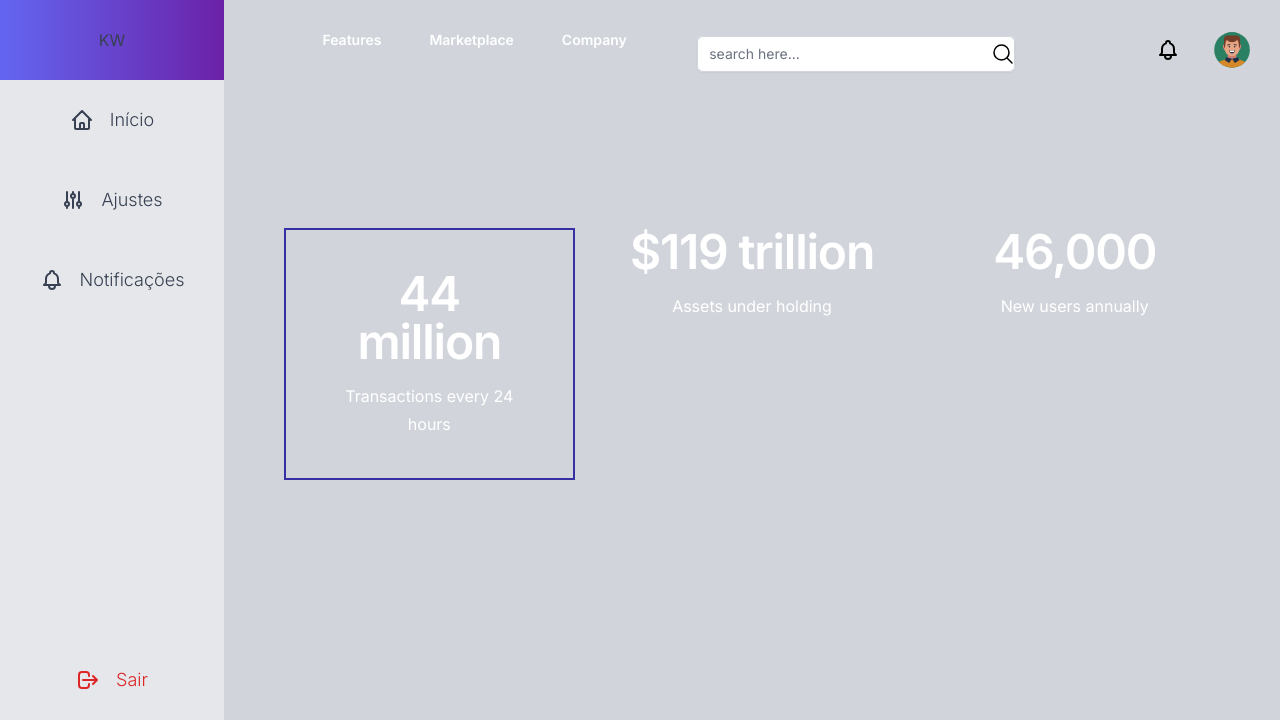
Repository: KennedyWanderson/AdminDashboard
Page: / (app in Code/admindashboard/)
These files come from the project's save history. The page is drawn as it stood at one moment and after a run of saves; the edit follows.
The browser window is 1280 px wide. The pictures show the whole page.
The project was rebuilt for these pictures with package versions that can differ from the ones it lists, and the page was loaded fresh each time. The framework's server and built-in components were replaced by stand-ins that run in the browser. Also part of the build but not shown: Code/admindashboard/next.config.mjs.

Above is the page before, as saved 2024-06-23 15:35:09.

### Code/admindashboard/src/app/layout.js
import { Inter } from "next/font/google";
import "./globals.css";

const inter = Inter({ subsets: ["latin"] });

export const metadata = {
  title: "Admin Dashboard",
  description: "Generated by Kennedy Wanderson",
};

export default function RootLayout({ children }) {
  return (
    <html lang="en">
      <body className={inter.className}>{children}</body>
    </html>
  );
}

### Code/admindashboard/src/app/page.js
import Layout from "@/components/Layout";

export default function Home() {
  return (
    <Layout>
      Content
    </Layout>
  )
}

### Code/admindashboard/src/components/Layout.jsx
"use client";

import { useState } from "react";
import Content from "./Content";
import Header from "./Header";
import LateralMenu from "./LateralMenu";
import HomePage from "./Home";


export default function Layout() {
    const [activeComponent, setActiveComponent] = useState("HomePage");

    const renderActiveComponent = () => {
        switch (activeComponent) {
            case "HomePage":
                return <HomePage />;
            default:
                return <HomePage />;
        }
    };

    return (
        <div className={`flex h-screen w-screen`}>
            <LateralMenu setActiveComponent={setActiveComponent} />
            <div className={`
                flex flex-col w-full p-7
                bg-gray-300 dark:bg-gray-800
            `}>
                <Header />
                <Content>
                    {renderActiveComponent()}
                </Content>
            </div>
        </div>
    );
}

### Code/admindashboard/src/components/Content.jsx
export default function Content({ children }) {
    return (
        <div className={`
            flex flex-col mt-7
            dark:text-gray-200
        `}>
            {children}
        </div>
    );
}

### Code/admindashboard/src/components/Header.jsx
import AvatarUsuario from "./UserAvatar";
import { IconeSearch, IconeSino } from "./icons";

export default function Header({ titulo, subtitulo }) {


    return (
        <div className={`flex`}>
            <div>
                <h1 className={`
                font-black text-3xl
                text-gray-900 dark:text-gray-100
            `}>
                    {titulo}
                </h1>
                <h2 className={`
                font-light text-sm
                dark:text-gray-300
            `}>
                    {subtitulo}
                </h2>
            </div>
            <header className="flex flex-grow justify-center text-white">
                <nav className=" justify-center" aria-label="Global">

                    <div className="hidden lg:flex lg:gap-x-12">

                        <a href="#" className="text-sm font-semibold leading-6 text-white">Features</a>
                        <a href="#" className="text-sm font-semibold leading-6 text-white">Marketplace</a>
                        <a href="#" className="text-sm font-semibold leading-6 text-white">Company</a>
                    </div>


                </nav>

            </header>
            <div>
                <div className="relative mt-2 rounded-md shadow-sm">
                    <div className="pointer-events-none absolute inset-y-0 left-0 flex items-center pl-3">
                        <span className="text-gray-500 sm:text-sm">search here...</span>
                    </div>
                    <input type="text" name="search" id="search" className="block w-full rounded-md border-0 py-1.5 pl-7 pr-20 text-gray-900 ring-1 ring-inset ring-gray-300 placeholder:text-gray-400 focus:ring-2 focus:ring-inset focus:ring-indigo-600 sm:text-sm sm:leading-6" />
                    <div className="absolute inset-y-0 right-0 flex items-center">
                        {IconeSearch}
                    </div>
                </div>
            </div>

            <div className={`flex flex-grow justify-end items-center gap-8`}>

                {IconeSino}
                <AvatarUsuario />
            </div>
        </div>
    )
}

### Code/admindashboard/src/components/LateralMenu.jsx
"use client";

import MenuItem from "./ItemMenu";
import { IconeAjustes, IconeCasa, IconeSair, IconeSino } from "./icons";

export default function LateralMenu({ setActiveComponent }) {
    return (
        <aside className={`
            flex flex-col items-center
            bg-gray-200 text-gray-700
            dark:bg-gray-900
        `}>
            <div className={`
                flex flex-col items-center justify-center
                bg-gradient-to-r from-indigo-500 to-purple-800
                h-20 w-56
            `}>
                KW
            </div>
            <ul className="flex-grow">
                <MenuItem
                    texto="Início"
                    icone={IconeCasa}
                    onClick={() => setActiveComponent('HomePage')}
                />
                <MenuItem
                    texto="Ajustes"
                    icone={IconeAjustes}
                    onClick={() => setActiveComponent('Ajustes')}
                />
                <MenuItem
                    texto="Notificações"
                    icone={IconeSino}
                    onClick={() => setActiveComponent('Notificacoes')}
                />
            </ul>
            <ul>
                <MenuItem
                    texto="Sair"
                    icone={IconeSair}
                    className={`
                        text-red-600 dark:text-red-400
                        hover:bg-red-400 hover:text-white
                        dark:hover:text-white
                    `}
                />
            </ul>
        </aside>
    );
}

### Code/admindashboard/src/components/Home.jsx


export default function HomePage() {
    return (
        <div class=" py-24 sm:py-32">
            <div class="mx-auto max-w-7xl px-6 lg:px-8">
                <dl class="grid grid-cols-1 gap-x-8 gap-y-16 text-center lg:grid-cols-3">
                    <div class="mx-auto flex max-w-xs flex-col border-2 p-10 border-indigo-800 gap-y-4">
                        <dt class="text-base leading-7 text-white">Transactions every 24 hours</dt>
                        <dd class="order-first text-3xl font-semibold tracking-tight text-white sm:text-5xl">44 million</dd>
                    </div>
                    <div class="mx-auto flex max-w-xs flex-col gap-y-4">
                        <dt class="text-base leading-7 text-white">Assets under holding</dt>
                        <dd class="order-first text-3xl font-semibold tracking-tight text-white sm:text-5xl">$119 trillion</dd>
                    </div>
                    <div class="mx-auto flex max-w-xs flex-col gap-y-4">
                        <dt class="text-base leading-7 text-white">New users annually</dt>
                        <dd class="order-first text-3xl font-semibold tracking-tight text-white sm:text-5xl">46,000</dd>
                    </div>
                </dl>
            </div>
        </div>
    )
}

### Code/admindashboard/src/components/UserAvatar.jsx


export default function AvatarUsuario({className}) {
    return (
            <img
                src={'/images/avatar.svg'}
                alt="Avatar do Usuário"
                className={`
                    h-10 w-10 rounded-full cursor-pointer
                    ${className}
                `}
            />

    )
}

### Code/admindashboard/src/components/icons/index.jsx
// Pra mais icones acessar... https://heroicons.com/

export const IconeSearch = (
    <svg xmlns="http://www.w3.org/2000/svg" fill="none" viewBox="0 0 24 24" strokeWidth={1.5} stroke="currentColor" className="size-6">
  <path strokeLinecap="round" strokeLinejoin="round" d="m21 21-5.197-5.197m0 0A7.5 7.5 0 1 0 5.196 5.196a7.5 7.5 0 0 0 10.607 10.607Z" />
</svg>


)

export const IconeCasa = (
    <svg xmlns="http://www.w3.org/2000/svg" className="h-6 w-6" fill="none" viewBox="0 0 24 24" stroke="currentColor">
        <path strokeLinecap="round" strokeLinejoin="round" strokeWidth={2} d="M3 12l2-2m0 0l7-7 7 7M5 10v10a1 1 0 001 1h3m10-11l2 2m-2-2v10a1 1 0 01-1 1h-3m-6 0a1 1 0 001-1v-4a1 1 0 011-1h2a1 1 0 011 1v4a1 1 0 001 1m-6 0h6" />
    </svg>
)

export const IconeAjustes = (
    <svg xmlns="http://www.w3.org/2000/svg" className="h-6 w-6" fill="none" viewBox="0 0 24 24" stroke="currentColor">
        <path strokeLinecap="round" strokeLinejoin="round" strokeWidth={2} d="M12 6V4m0 2a2 2 0 100 4m0-4a2 2 0 110 4m-6 8a2 2 0 100-4m0 4a2 2 0 110-4m0 4v2m0-6V4m6 6v10m6-2a2 2 0 100-4m0 4a2 2 0 110-4m0 4v2m0-6V4" />
    </svg>
)

export const IconeSino = (
    <svg xmlns="http://www.w3.org/2000/svg" className="h-6 w-6" fill="none" viewBox="0 0 24 24" stroke="currentColor">
        <path strokeLinecap="round" strokeLinejoin="round" strokeWidth={2} d="M15 17h5l-1.405-1.405A2.032 2.032 0 0118 14.158V11a6.002 6.002 0 00-4-5.659V5a2 2 0 10-4 0v.341C7.67 6.165 6 8.388 6 11v3.159c0 .538-.214 1.055-.595 1.436L4 17h5m6 0v1a3 3 0 11-6 0v-1m6 0H9" />
    </svg>
)

export const IconeSair = (
    <svg xmlns="http://www.w3.org/2000/svg" className="h-6 w-6" fill="none" viewBox="0 0 24 24" stroke="currentColor">
        <path strokeLinecap="round" strokeLinejoin="round" strokeWidth={2} d="M17 16l4-4m0 0l-4-4m4 4H7m6 4v1a3 3 0 01-3 3H6a3 3 0 01-3-3V7a3 3 0 013-3h4a3 3 0 013 3v1" />
    </svg>
)

export const IconeSol = (tamanho = 6) => (
    <svg xmlns="http://www.w3.org/2000/svg" className={`h-${tamanho} w-${tamanho}`} fill="none" viewBox="0 0 24 24" stroke="currentColor">
        <path strokeLinecap="round" strokeLinejoin="round" strokeWidth={2} d="M12 3v1m0 16v1m9-9h-1M4 12H3m15.364 6.364l-.707-.707M6.343 6.343l-.707-.707m12.728 0l-.707.707M6.343 17.657l-.707.707M16 12a4 4 0 11-8 0 4 4 0 018 0z" />
    </svg>
)

export const IconeLua = (tamanho = 6) => (
    <svg xmlns="http://www.w3.org/2000/svg" className={`h-${tamanho} w-${tamanho}`} fill="none" viewBox="0 0 24 24" stroke="currentColor">
        <path strokeLinecap="round" strokeLinejoin="round" strokeWidth={2} d="M20.354 15.354A9 9 0 018.646 3.646 9.003 9.003 0 0012 21a9.003 9.003 0 008.354-5.646z" />
    </svg>
)

export const IconeAtencao = (tamanho = 1) => (
    <svg xmlns="http://www.w3.org/2000/svg" className={`h-${tamanho} w-${tamanho}`} fill="none" viewBox="0 0 24 24" stroke="currentColor">
        <path strokeLinecap="round" strokeLinejoin="round" strokeWidth={2} d="M12 9v2m0 4h.01m-6.938 4h13.856c1.54 0 2.502-1.667 1.732-3L13.732 4c-.77-1.333-2.694-1.333-3.464 0L3.34 16c-.77 1.333.192 3 1.732 3z" />
    </svg>
)

### Code/admindashboard/src/components/ItemMenu.jsx

export default function MenuItem({ texto, icone, url, className, onClick }) {
    function renderizarLink() {
        return (
            <div className={`
                flex justify-center items-center
                h-20 w-56 gap-4
                dark:text-gray-200
                ${className}
            `}>
                {icone}
                <span className="text-lg font-light">
                    {texto}
                </span>
            </div>
        );
    }

    return (
        <li
            onClick={onClick}
            className={`
                hover:bg-gray-100 dark:hover:bg-gray-800
                cursor-pointer
            `}
        >
            {url ? (
                <a href={url}>
                    {renderizarLink()}
                </a>
            ) : (
                renderizarLink()
            )}
        </li>
    );
}

Loaded but not shown: Code/admindashboard/src/app/globals.css (common file); Code/admindashboard/tailwind.config.js (common file)

After the next 2 saves:
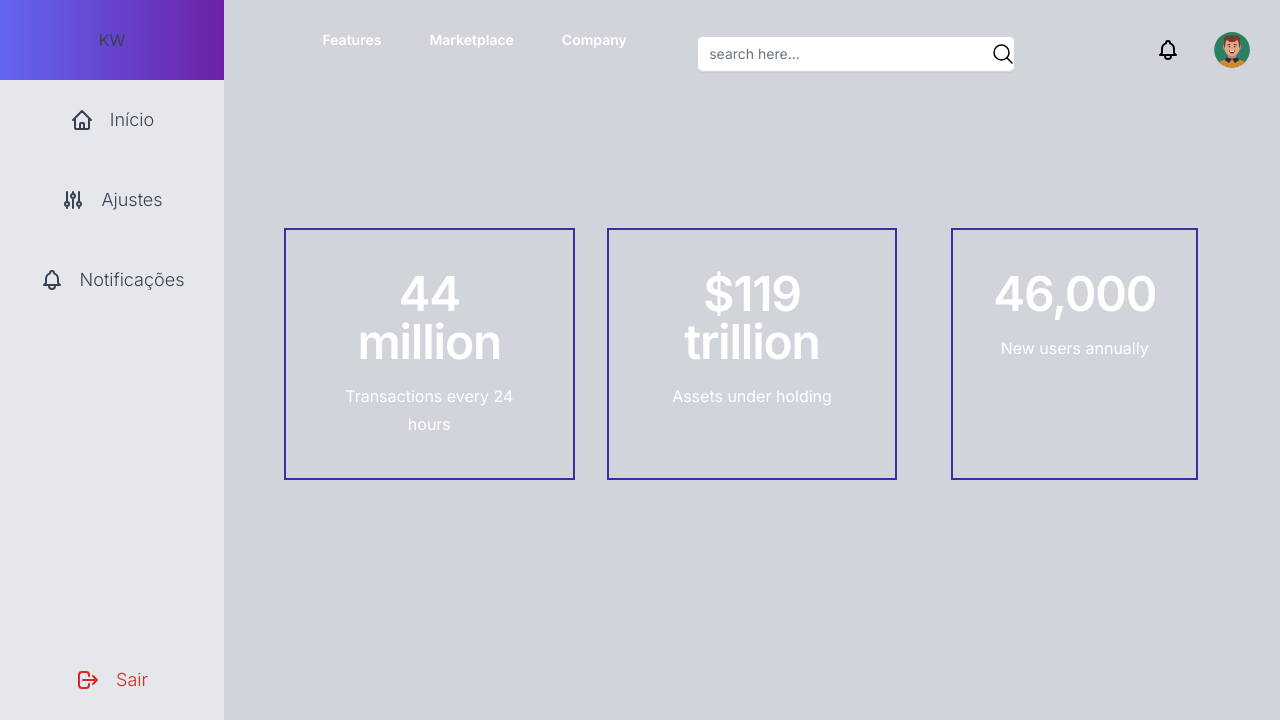
The 2 saves are shown as one change because they came seconds apart.
The last was saved 9 s later.
--- a/Code/admindashboard/src/components/Home.jsx
+++ b/Code/admindashboard/src/components/Home.jsx
@@ -9,11 +9,11 @@ export default function HomePage() {
                         <dt class="text-base leading-7 text-white">Transactions every 24 hours</dt>
                         <dd class="order-first text-3xl font-semibold tracking-tight text-white sm:text-5xl">44 million</dd>
                     </div>
-                    <div class="mx-auto flex max-w-xs flex-col gap-y-4">
+                    <div class="mx-auto flex max-w-xs flex-col border-2 p-10 border-indigo-800 gap-y-4">
                         <dt class="text-base leading-7 text-white">Assets under holding</dt>
                         <dd class="order-first text-3xl font-semibold tracking-tight text-white sm:text-5xl">$119 trillion</dd>
                     </div>
-                    <div class="mx-auto flex max-w-xs flex-col gap-y-4">
+                    <div class="mx-auto flex max-w-xs flex-col border-2 p-10 border-indigo-800 gap-y-4">
                         <dt class="text-base leading-7 text-white">New users annually</dt>
                         <dd class="order-first text-3xl font-semibold tracking-tight text-white sm:text-5xl">46,000</dd>
                     </div>
